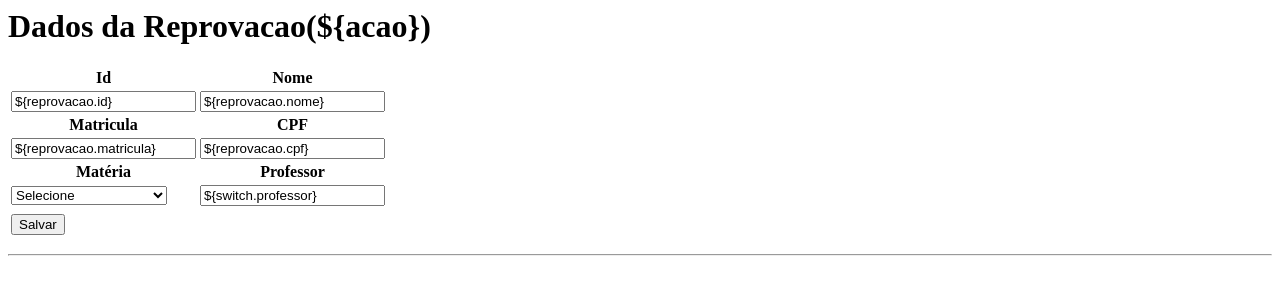
Repository: WilliamEstrela/trabalho1VA-PROG4
Page: CRUDLanManagerV5/WebContent/manterreprovacao/editform.html
The author's editor kept a copy of each file at every save. The page is drawn from the files as they stood at one save, then again after the next save.
The browser window is 1280 px wide. The pictures show the whole page.

Above is the page before, as saved 2019-09-05 22:47:24.

### CRUDLanManagerV5/WebContent/manterreprovacao/editform.html
<h1>Dados da Reprovacao(${acao})</h1>
<form action="sistema" method="post">
<input type="hidden" name="casoDeUso" value="manterReprovacao">
<input type="hidden" name="acao" value="${acao}">
<table>
<tr>
	<th>Id</th>
	<th>Nome</th>
</tr>
<tr>
	<td><input type="text" name="idswitch" value="${reprovacao.id}"></td>
	<td><input type="text" name="nome" value="${reprovacao.nome}"></td>
</tr>
<tr>
	<th>Matricula</th>
	<th>CPF</th>
</tr>
<tr>
	<td><input type="text" name="localizacao" value="${reprovacao.matricula}"></td>
	<td><input type="text" name="observacao" value="${reprovacao.cpf}"></td>
</tr>
<tr>
	<th>Matéria</th>
	<th>Professor</th>
</tr>
<tr>
	<td>
		<select name="tipo_idtipo">
		    <option value="">Selecione</option>
			<!-- $beginBlock estrangeiro.tipo -->
			<option value="${estrangeiro.tipo.idtipo}" ${estrangeiro.tipo.selected}>${estrangeiro.tipo.tipo}</option>
			<!-- $endBlock estrangeiro.tipo -->
		</select>
	</td>
	<td><input type="text" name="observacao" value="${switch.professor}"></td>
</tr>
<tr>
	<td>

	</td>
</tr>
<tr>
	<td colspan="2"><input type="submit" value="Salvar"></td>
</table>
</form>
<hr>
<!-- $include ../geral/mensagemPadrao.html -->

After the next save:
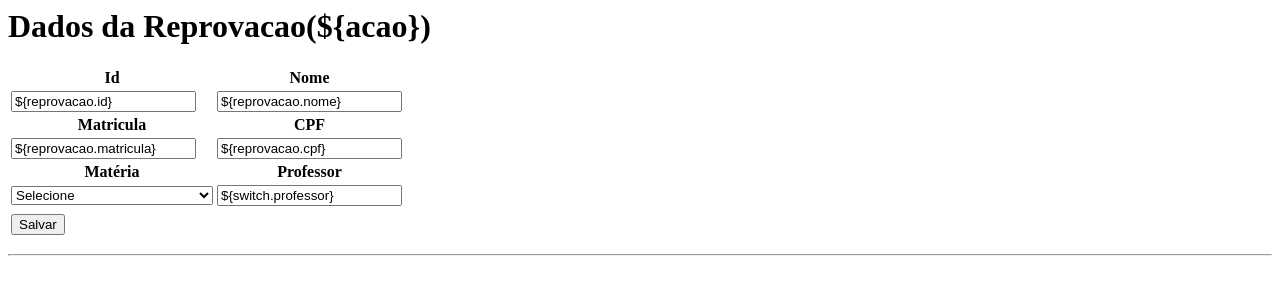
Saved 2 min 9 s later.
--- a/CRUDLanManagerV5/WebContent/manterreprovacao/editform.html
+++ b/CRUDLanManagerV5/WebContent/manterreprovacao/editform.html
@@ -27,9 +27,9 @@
 	<td>
 		<select name="tipo_idtipo">
 		    <option value="">Selecione</option>
-			<!-- $beginBlock estrangeiro.tipo -->
-			<option value="${estrangeiro.tipo.idtipo}" ${estrangeiro.tipo.selected}>${estrangeiro.tipo.tipo}</option>
-			<!-- $endBlock estrangeiro.tipo -->
+			<!-- $beginBlock estrangeiro.materia -->
+			<option value="${estrangeiro.materia.id}" ${estrangeiro.materia.selected}>${estrangeiro.materia.materia}</option>
+			<!-- $endBlock estrangeiro.materia -->
 		</select>
 	</td>
 	<td><input type="text" name="observacao" value="${switch.professor}"></td>
